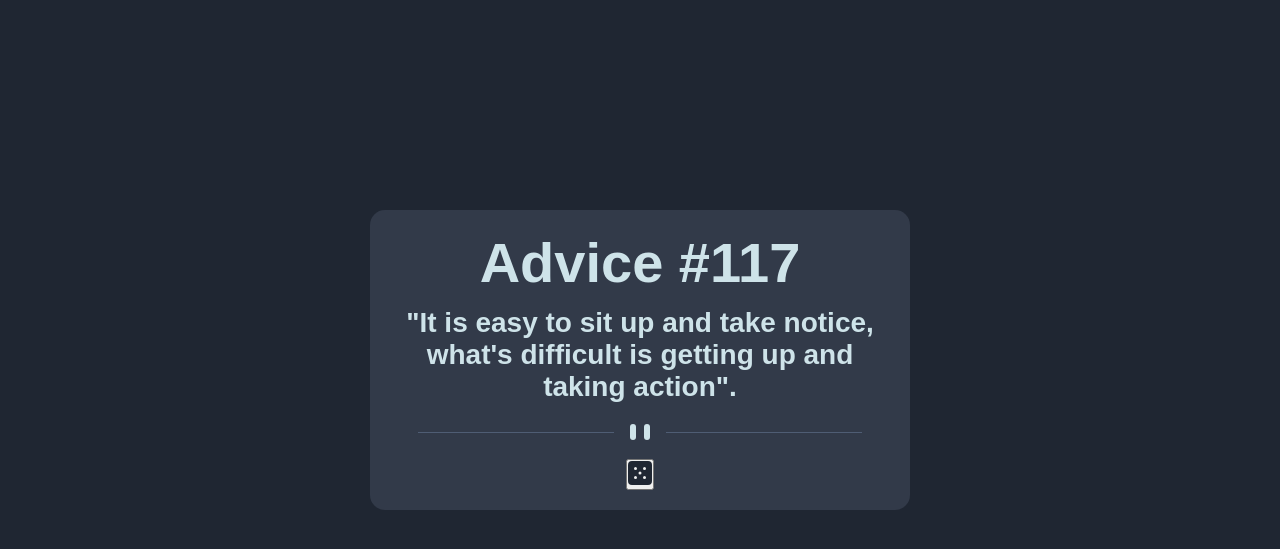
Repository: Daki-builds/advice-generator-app
Page: index.html
An editor plug-in stored every save of this project. The page is shown before and after the next save, followed by the edit.
The browser window is 1280 px wide. The pictures show the whole page.

Above is the page before, as saved 2026-10-08 18:52:05.

After the next save:
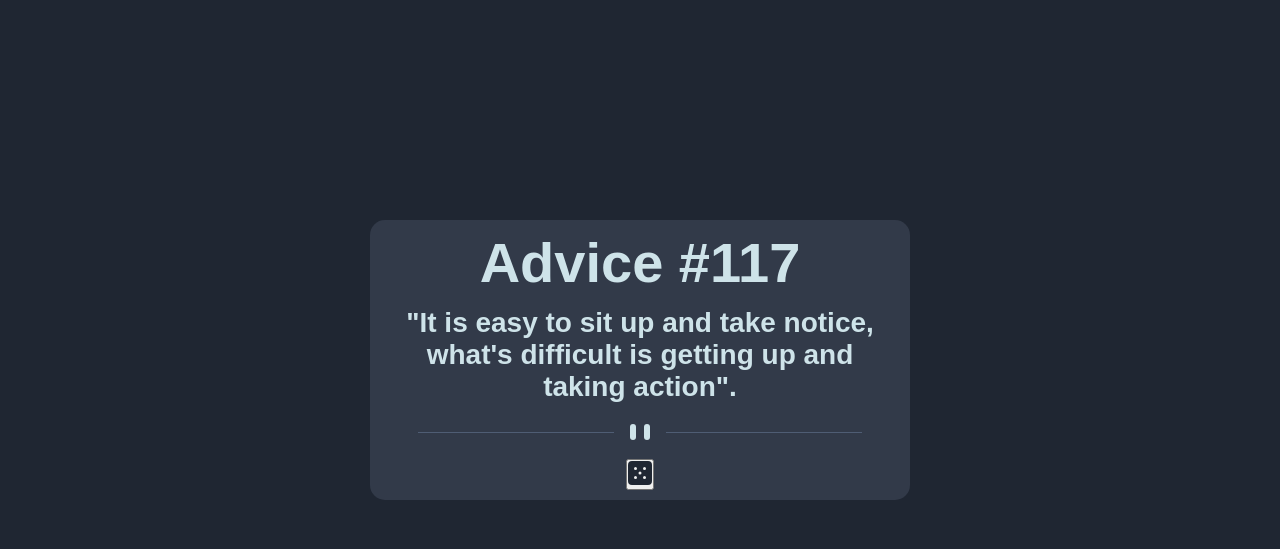
Saved 33 s later.
--- a/style.css
+++ b/style.css
@@ -35,7 +35,7 @@ body {
   flex-direction: column;
   align-items: center;
   gap: 12px;
-  padding: 20px 30px;
+  padding: 10px 30px;
   width: 100%;
   max-width: 540px;
   border-radius: 15px;
